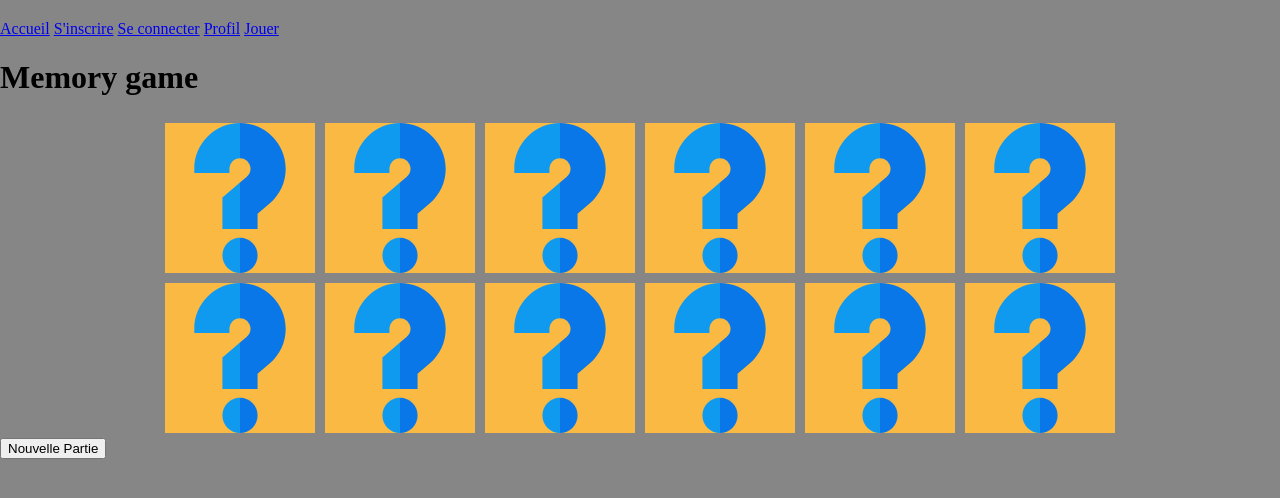
Repository: Ludmilla06/memory-game
Page: game.html
The author's editor kept a copy of each file at every save. The page is drawn from the files as they stood at one save, then again after the next save.
The browser window is 1280 px wide. The pictures show the whole page.

Above is the page before, as saved 2025-10-22 15:56:46.
Console error: ReferenceError: resetGame is not defined

After the next save:
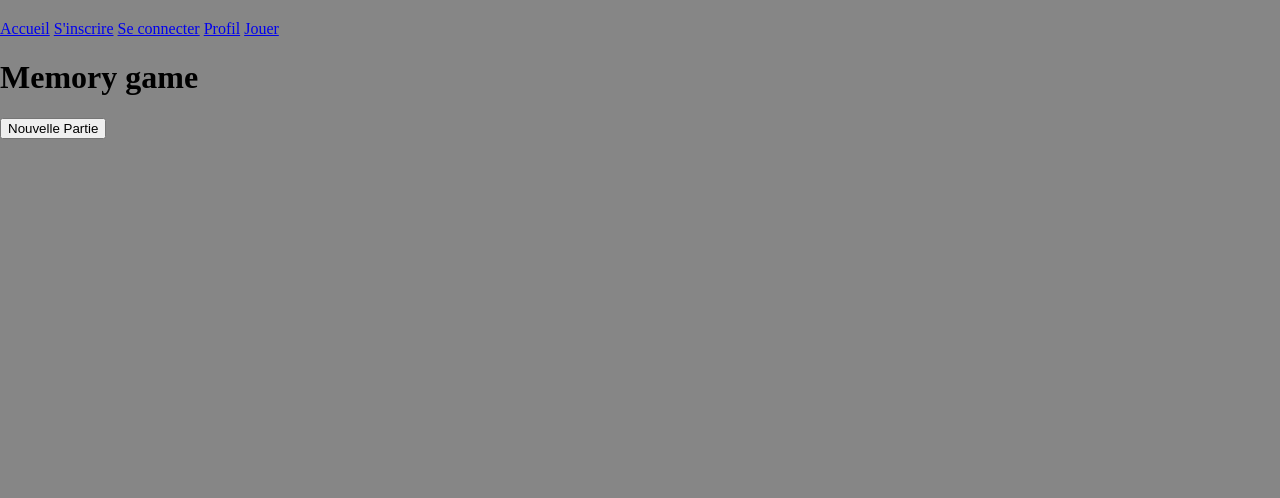
Console error: ReferenceError: Cannot access 'count' before initialization
Saved 11 min 25 s later.
--- a/js/game.js
+++ b/js/game.js
@@ -1,3 +1,54 @@
+// Target btn reset
+const $resetBtn = document.getElementById("reset-btn");
+// Prévoit la detection du click sur le btn
+$resetBtn.addEventListener("click", resetGame);
+
+function resetGame() {
+  // Logique pour réinitialiser le jeu
+  console.log("Jeu réinitialisé");
+}
+
+// 1. Réinitialiser les variables de jeu
+count = 0;
+firstGuess = "";
+secondGuess = "";
+previousTarget = null;
+
+// 2. Vider la grille (supprimer toutes les cartes)
+grid.innerHTML = "";
+
+// 3. Mélanger à nouveau les cartes
+gameGrid = cardsArray.concat(cardsArray);
+gameGrid.sort(() => 0.5 - Math.random());
+
+//4. Recréer les cartes
+gameGrid;forEach((item) => {
+  const card = document.createElement("div");
+  card.classList.add("card");
+    card.dataset.name = item.name;
+
+    const front = document.createElement("div");
+    front.classList.add("front");
+
+    const back = document.createElement("div");
+    back.classList.add("back");
+    back.style.backgroundImage = `url(${item.img})`;
+
+    card.appendChild(front);
+    card.appendChild(back);
+    grid.appendChild(card);
+});
+
+// Écouter les événements de la touche espace pour réinitialiser le jeu
+document.addEventListener("keydown", (event) => {
+  console.log(event);
+
+  if (event.key === " ") {
+    resetGame();
+  } else console.log("raté");
+});
+
+// Réinitialiser les variables de jeu
 let count = 0; // Compteur pour suivre le nombre de cartes sélectionnées
 let firstGuess = ""; // Ajouter des variables pour suivre les premières et deuxièmes sélections
 let secondGuess = "";
@@ -38,19 +89,19 @@
   card.classList.add("card"); // Appliquer une classe de carte à ce div
   card.dataset.name = item.name; // Définissez l'attribut data-name du div sur le nom cardsArray
   // Créer le recto de la carte
-  const front = document.createElement("div")
-  front.classList.add("front")
+  const front = document.createElement("div");
+  front.classList.add("front");
 
   // Créer le dos de la carte
-  const back = document.createElement("div")
-  back.classList.add("back")
+  const back = document.createElement("div");
+  back.classList.add("back");
   back.style.backgroundImage = `url(${item.img})`; //on va appeler l'image à partir du tableau cardsArray
 
   // Ajouter la carte à la grille, ainsi que le recto et le verso de chaque carte
   card.appendChild(front); // front va dans card
   card.appendChild(back); // back va dans card
   grid.appendChild(card); // card va dans grid
-  });
+});
 
 // Fonction match
 const match = () => {
@@ -98,12 +149,12 @@
     // Enregistrer la première ou deuxième supposition
     if (count === 1) {
       firstGuess = clicked.parentNode.dataset.name;
-      console.log(firstGuess)
-      clicked.parentNode.classList.add("selected") // on ajoute "selected" sur le parent
+      console.log(firstGuess);
+      clicked.parentNode.classList.add("selected"); // on ajoute "selected" sur le parent
     } else {
       secondGuess = clicked.parentNode.dataset.name;
       console.log(secondGuess);
-      clicked.parentNode.classList.add("selected")  // on ajoute "selected" sur le parent
+      clicked.parentNode.classList.add("selected"); // on ajoute "selected" sur le parent
     }
   }
 
@@ -122,18 +173,3 @@
   // Définir la cible précédente sur cliquée
   previousTarget = clicked;
 });
-
-// Target btn reset
-const $resetBtn = document.getElementById("reset-btn");
-// Prévoit la detection du click sur le btn
-$resetBtn.addEventListener("click", resetGame);
-
-// Écouter les événements de la touche espace pour réinitialiser le jeu
-document.addEventListener("keydown", (event) => {
-  console.log(event);
-
-  if (event.key === " ") {
-    // lancer le jeu
-    resetGame();
-  } else console.log("raté");
-});

After the save that followed:
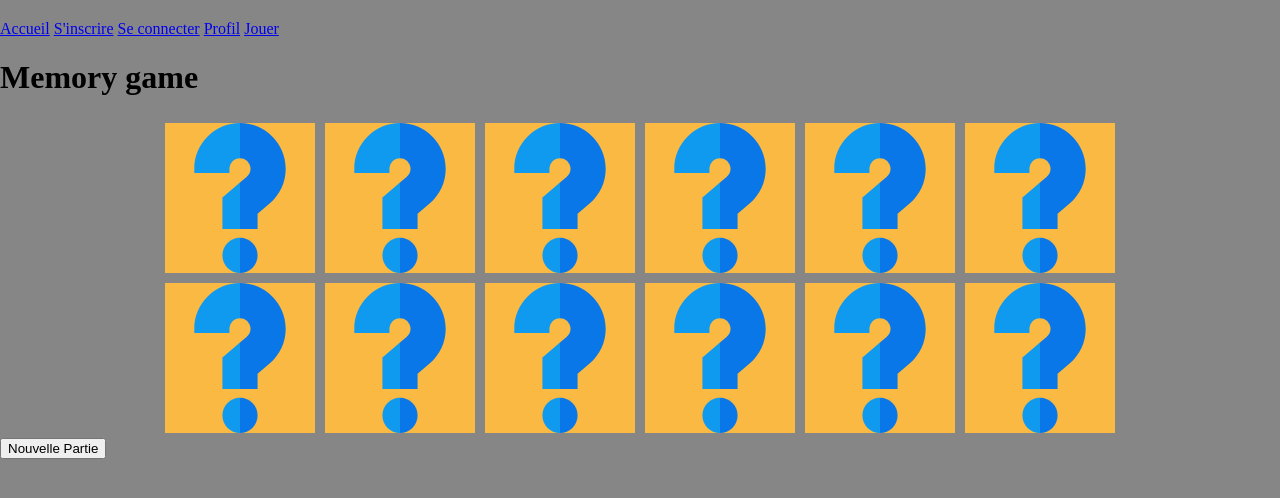
The error is gone.
Saved 12 min 7 s later.
--- a/js/game.js
+++ b/js/game.js
@@ -6,25 +6,24 @@
 function resetGame() {
   // Logique pour réinitialiser le jeu
   console.log("Jeu réinitialisé");
-}
 
-// 1. Réinitialiser les variables de jeu
-count = 0;
-firstGuess = "";
-secondGuess = "";
-previousTarget = null;
+  // 1. Réinitialiser les variables de jeu
+  count = 0;
+  firstGuess = "";
+  secondGuess = "";
+  previousTarget = null;
 
-// 2. Vider la grille (supprimer toutes les cartes)
-grid.innerHTML = "";
+  // 2. Vider la grille (supprimer toutes les cartes)
+  grid.innerHTML = "";
 
-// 3. Mélanger à nouveau les cartes
-gameGrid = cardsArray.concat(cardsArray);
-gameGrid.sort(() => 0.5 - Math.random());
+  // 3. Mélanger à nouveau les cartes
+  gameGrid = cardsArray.concat(cardsArray);
+  gameGrid.sort(() => 0.5 - Math.random());
 
-//4. Recréer les cartes
-gameGrid;forEach((item) => {
-  const card = document.createElement("div");
-  card.classList.add("card");
+  //4. Recréer les cartes
+  gameGrid.forEach((item) => {
+    const card = document.createElement("div");
+    card.classList.add("card");
     card.dataset.name = item.name;
 
     const front = document.createElement("div");
@@ -37,8 +36,8 @@
     card.appendChild(front);
     card.appendChild(back);
     grid.appendChild(card);
-});
-
+  });
+}
 // Écouter les événements de la touche espace pour réinitialiser le jeu
 document.addEventListener("keydown", (event) => {
   console.log(event);
